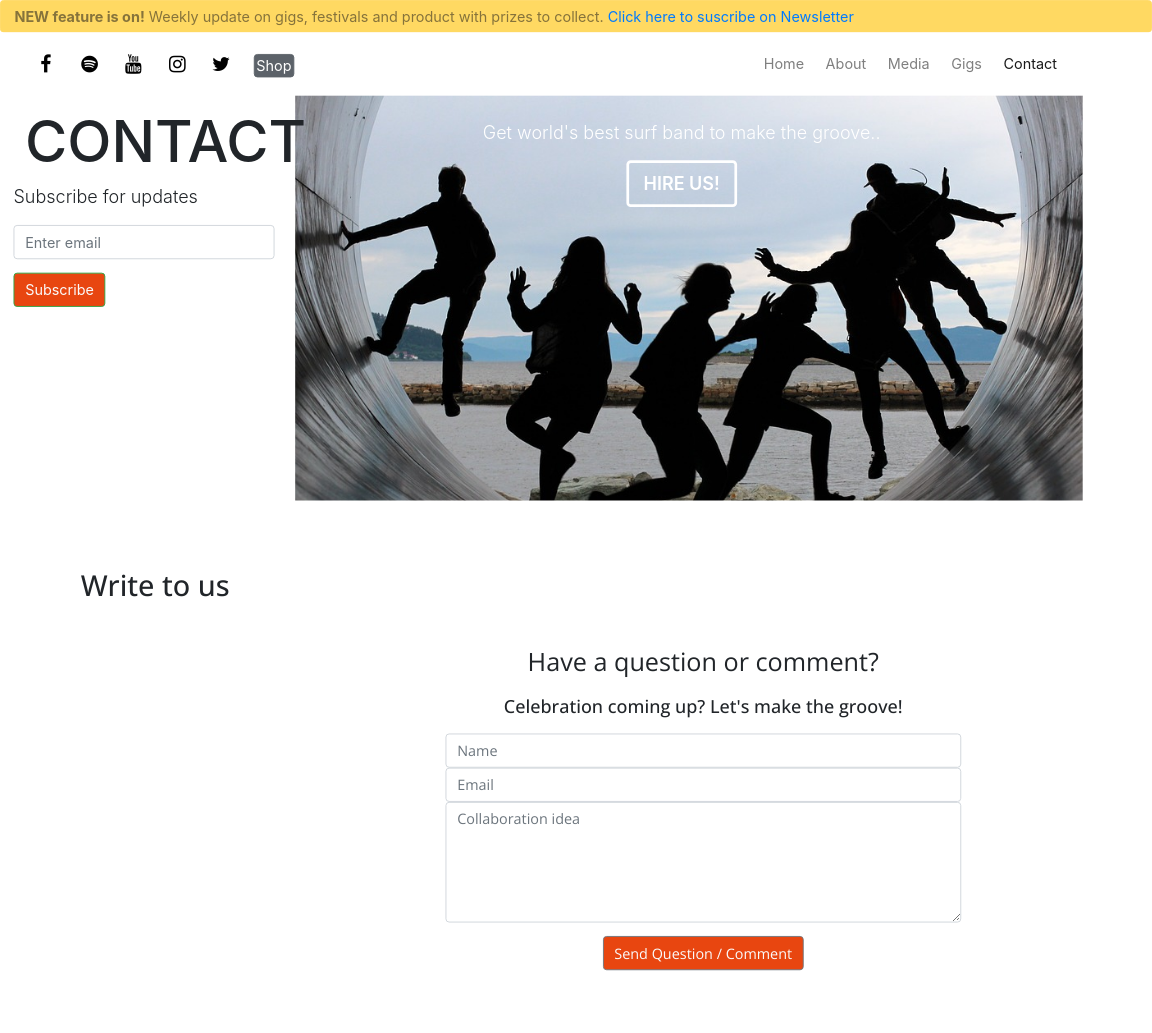
Repository: NamcorStudent/Stream_1_Project_HTML5-CSS3
Page: contact.html
The author's editor kept a record of every edit. The page is drawn from the files as they stood at one moment, then again after the next edit.
The browser window is 1280 px wide. The pictures show the whole page, at 90% of full size.
Some web libraries are served in a nearby version.

Above is the page before.

After the next edit:
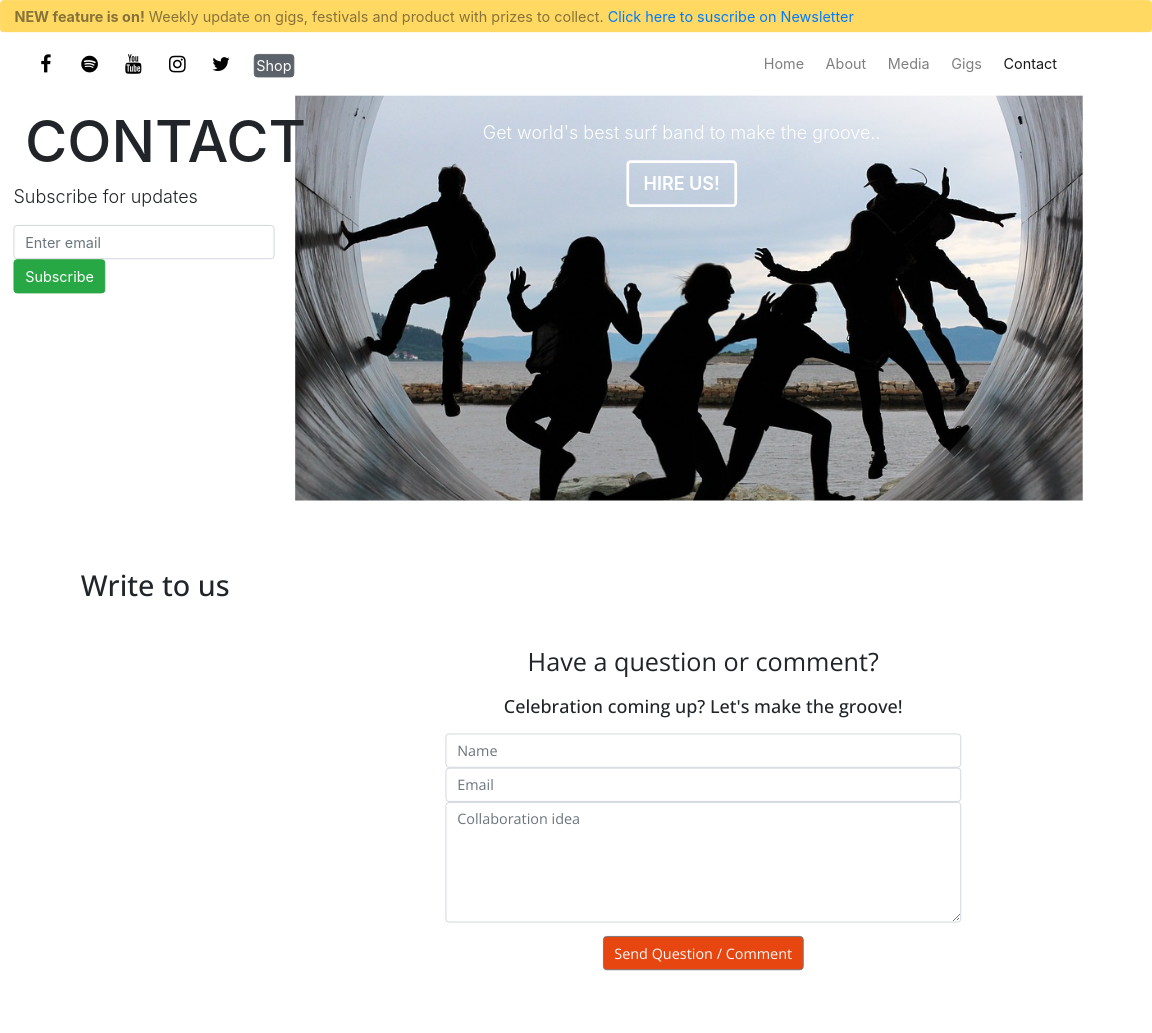
The edit:
--- a/assets/css/style.css
+++ b/assets/css/style.css
@@ -493,7 +493,7 @@
     max-width: 70%;
 }
 
-button[type="submit"] {
+.btn-submit-form {
     margin-top: 15px;
     margin-bottom: 20px;
     color: #fafafa;
